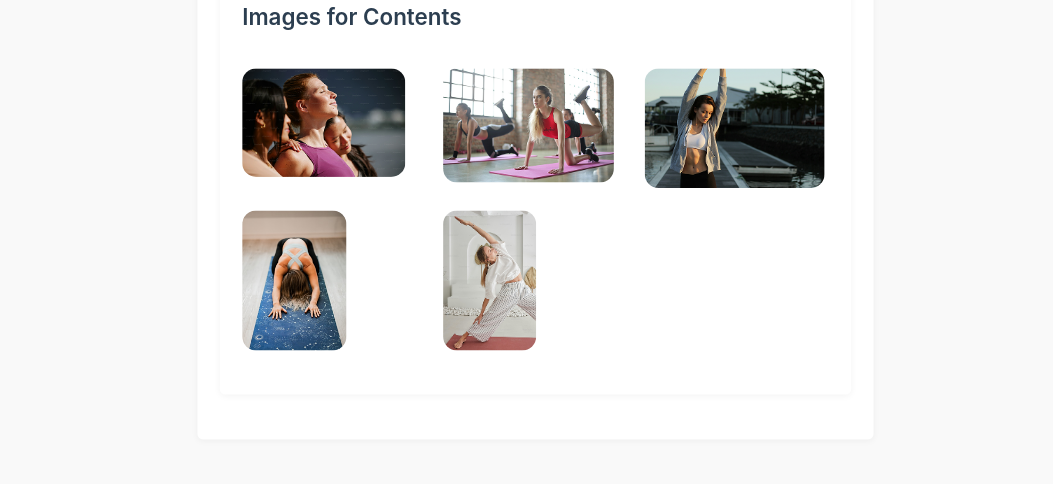
Repository: rosielee09/Heal_U
Page: graphics.html
These files come from the project's save history. The page is drawn as it stood at one moment and after the next save; the edit follows.
The browser window is 1280 px wide. The page is 1280 px wide, then 1504 px, so the pictures cover 1504 px, including what lies to the right of the window. The pictures show the part of the page from y = 3334 to 4974 px (the page is 4026 px tall before and 4974 px after), at 70% of full size.

Above is the page before, as saved 2025-04-03 22:21:48.

### graphics.html
<!DOCTYPE html>
<html lang="en">
<head>
    <meta charset="UTF-8">
    <meta name="viewport" content="width=device-width, initial-scale=1.0">
    <link rel="stylesheet" href="styles.css">
    <title>Heal_U Styleguide</title>
</head>
<body>
    <div class="container">
        <!-- Sidebar Navigation -->
        <div class="sidebar">
            <div class="sidebar-header">
                <h1>UI/UX Styleguide</h1>
                <p>Project design system</p>
            </div>
            <ul class="nav">
                <li ><a href="index.html">Home</a></li>
                <li><a href="colors.html">Colors</a></li>
                <li><a href="typography.html">Typography</a></li>
                <li><a href="logo.html">Logo</a></li>
                <li class="active"><a href="graphics.html">Graphics</a></li>
                <li><a href="references.html">References</a></li>
            </ul>
        </div>

        <!-- Main Content - Home Page -->

        <div class="content">
            <header class="page-header">
                <h2>Graphics</h2>
            </header>

            <div class="component">
                <div class="component-header">
                  <p class="component-description">This document provides guidelines for maintaining visual consistency across our product.</p>
                </div>
           <!-- SECTION 1: menu bar -->
           <div class="component">
            <div class="component-header">

                <section class="component-section">
                    <h3 class="component-title">Navigation Bar</h3>
                    <div class="graphic-grid">
                        <!-- home -->
                        <div class="graphic-item">
                            <img class="graphic-menu__icon" src="/img/graphic-menu/home.png" alt="home">
                            <div class="graphic-info">
                                <h4 class="graphic-title">Home</h4>
                                <div>The Home button navigates users to the home screen, providing quick access to the main interface.</div>
                            </div>
                        </div>
                        <!-- diagnose -->
                        <div class="graphic-item">
                            <img class="graphic-menu__icon" src="/img/graphic-menu/diagnose.png" alt="diagnose">
                            <div class="graphic-info">
                                <h4 class="graphic-title">Diagnose </h4>
                                <div>The diagnose button navigates users to the Diagnose page, allowing them to reassess their condition anytime, especially if their pain level changes significantly.</div>
                            </div>
                        </div>
                        <!-- Progress -->
                        <div class="graphic-item">
                            <img class="graphic-menu__icon" src="/img/graphic-menu/progress.png" alt="Progress">
                            <div class="graphic-info">
                                <h4 class="graphic-title">Progress </h4>
                                <div>
                                    The Progress button takes users to the Progress page, where they can track their journey from the beginning to their current pain condition.</div>
                            </div>
                        </div>

                        <!-- blog -->
                        <div class="graphic-item">
                            <img class="graphic-menu__icon" src="/img/graphic-menu/blog.png" alt="blog">
                            <div class="graphic-info">
                                <h4 class="graphic-title">Blog </h4>
                                <div>The Blog button takes users to the blog page, allowing them to interact with others and find motivation through shared experiences.</div>
                        </div>
                        </div>

                        <!-- Setting -->
                        <div class="graphic-item">
                            <img class="graphic-menu__icon" src="/img/graphic-menu/setting.png" alt="Setting">
                            <div class="graphic-info">
                                <h4 class="graphic-title">Setting </h4>
                                <div>The Settings button takes users to the settings page, where they can customize their preferences and personalize their experience.</div>

                    </div>
                </div>
            </div>

<!-- button section -->
                <section class="component-section">
                    <h3 class="component-title">Buttons </h3>

                    <div class="graphic-grid">
                          <!-- fill button -->
                        <div class="graphic-item">
                            <img class="graphic-button__icon" src="/img/Appovation - buttons/Button-fill-withIcon.png" alt="fill-icon">
                        </div>
                        <div class="graphic-item">
                            <img class="graphic-button__icon" src="/img/Appovation - buttons/Button-fill.jpg" alt="fill">
                        </div>
                        <div class="graphic-item">
                            <img class="graphic-button__icon" src="/img/Appovation - buttons/Button-outline.jpg" alt="outline">
                        </div>
                        <div class="graphic-item">
                            <img class="graphic-button__icon" src="/img/Appovation - buttons/chips-fill.png" alt="chips">
                        </div>
                        <div class="graphic-item">
                            <img class="graphic-button__icon" src="/img/Appovation - buttons/chips-highlighted.png" alt="chips-highlighted">
                        </div>
                        <div class="graphic-item">
                            <img class="graphic-button__icon" src="/img/Appovation - buttons/chips-outlined.png" alt="chips-outlined">
                        </div>
                    </div>
                </section>

            <section class="component-section">
                <h3 class="component-title">Icons </h3>
                <h4 class="graphic-title">User Setting</h4>
                <div class="graphic-item">
                    <img class="graphic-icons" src="/img/Appovation - icons/user setting icon.png" alt="pain_type_icon">
                </div>

                <h4 class="graphic-title">Type of Pain</h4>
                <div class="graphic-grid__icons">

                    <div class="graphic-item">
                        <img class="graphic-icons" src="/img/Appovation - icons/Icon-stabbing.png" alt="pain_type_icon">
                    </div>
                    <div class="graphic-item">
                        <img class="graphic-icons" src="/img/Appovation - icons/Icon-tingling.png" alt="pain_type_icon">
                    </div>
                    <div class="graphic-item">
                        <img class="graphic-icons" src="/img/Appovation - icons/Icon_Burning.png" alt="pain_type_icon">
                    </div>
                    <div class="graphic-item">
                        <img class="graphic-icons" src="/img/Appovation - icons/Icon_Cramps.png" alt="pain_type_icon">
                    </div>
                    <div class="graphic-item">
                        <img class="graphic-icons" src="/img/Appovation - icons/Icon_dull ache.png" alt="pain_type_icon">
                    </div>
                    <div class="graphic-item">
                        <img class="graphic-icons" src="/img/Appovation - icons/Icon_freezing.png" alt="pain_type_icon">
                    </div>
                    <div class="graphic-item">
                        <img class="graphic-icons" src="/img/Appovation - icons/Icon_Migrane.png" alt="pain_type_icon">
                    </div>
                    <div class="graphic-item">
                        <img class="graphic-icons" src="/img/Appovation - icons/Icon_neuralgia.png" alt="pain_type_icon">
                    </div>
                    <div class="graphic-item">
                        <img class="graphic-icons" src="/img/Appovation - icons/Icon_numbness.png" alt="pain_type_icon">
                    </div>
                    <div class="graphic-item">
                        <img class="graphic-icons" src="/img/Appovation - icons/Icon_thobbing.png" alt="pain_type_icon">
                    </div>

                </div>


                <h4 class="graphic-title">Pain Scale</h4>
                <div class="graphic-grid">

                    <div class="graphic-item">
                        <img class="graphic-icons" src="/img/Appovation - icons/Pain_difference-slider-green.png" alt="pain_scale_icon">
                    </div>
                    <div class="graphic-item">
                        <img class="graphic-icons" src="/img/Appovation - icons/Pain_difference-slider-mild.png" alt="pain_scale_icon">
                    </div>
                    <div class="graphic-item">
                        <img class="graphic-icons" src="/img/Appovation - icons/Pain_difference-slider-middle.png" alt="pain_scale_icon">
                    </div>
                    <div class="graphic-item">
                        <img class="graphic-icons" src="/img/Appovation - icons/Pain_difference-slider-less-severe.png" alt="pain_scale_icon">
                    </div>
                    <div class="graphic-item">
                        <img class="graphic-icons" src="/img/Appovation - icons/Pain_difference-slider-severe.png" alt="pain_scale_icon">
                    </div>
                </div>
                <div class="graphic-item-grid1">
                    <img class="graphic-icons" src="/img/Appovation - icons/progress pain scale.png" alt="pain_scale_icon">
                </div>

        </section>

        <section class="component-section">
            <h3 class="component-title">Illustrations</h3>

            <div class="graphic-grid-illustrations">
                  <!-- fill button -->
                <div class="graphic-item-illustrations">
                    <img class="graphic-illustrations" src="/img/Appovation - illustration set/5214865 1.png" >
                </div>
                <div class="graphic-item-illustrations">
                    <img class="graphic-illustrations" src="/img/Appovation - illustration set/AdobeStock_593962329 1.png">
                </div>
                <div class="graphic-item-illustrations">
                    <img class="graphic-illustrations" src="/img/Appovation - illustration set/exercise 2.png" >
                </div>
                <div class="graphic-item-illustrations">
                    <img class="graphic-illustrations" src="/img/Appovation - illustration set/Group 103.png" >
                </div>
                <div class="graphic-item-illustrations">
                    <img class="graphic-illustrations" src="/img/Appovation - illustration set/Group 84.png" >
                </div>
                <div class="graphic-item-illustrations">
                    <img class="graphic-illustrations" src="/img/Appovation - illustration set/Group 98.png" >
                </div>
            </div>
        </section>

        <section class="component-section">
            <h3 class="component-title">Images for Contents</h3>

            <div class="graphic-grid-images">
                <div class="graphic-item">
                    <img class="graphic-icons" src="/img/Appovation - images for contents/unsplash_GbomLmruCM8.png " alt="pain_type_icon">
                </div>
                <div class="graphic-item">
                    <img class="graphic-icons" src="/img/Appovation - images for contents/unsplash_gJtDg6WfMlQ.png" alt="pain_type_icon">
                </div>
                <div class="graphic-item">
                    <img class="graphic-icons" src="/img/Appovation - images for contents/unsplash_kFCdfLbu6zA.png" alt="pain_type_icon">
                </div>
                <div class="graphic-item">
                    <img height="200px" class="graphic-icons" src="/img/Appovation - images for contents/unsplash_PJ8C7JCqK0o-1.png" alt="pain_type_icon">
                </div>
                <div class="graphic-item">
                    <img height="200px" class="graphic-icons" src="/img/Appovation - images for contents/unsplash_PJ8C7JCqK0o.png" alt="pain_type_icon">
                </div>
        </section>


</body>
<script src="script.js"></script>
</html>

### styles.css
* {
    margin: 0;
    padding: 0;
    box-sizing: border-box;
}

body {
    font-family: 'Inter', -apple-system, BlinkMacSystemFont, 'Segoe UI', Roboto, Oxygen, Ubuntu, Cantarell, sans-serif;
    line-height: 1.6;
    color: #333;
    background-color: #f9f9f9;
}

/* Layout */
.container {
    display: flex;
    min-height: 100vh;
}

/* Sidebar Navigation */
.sidebar {
    width: 250px;
    background-color: #2c3e50;
    color: #fff;
    padding: 2rem 0;
    position: fixed;
    height: 100vh;
    overflow-y: auto;
}

.sidebar-header {
    padding: 0 1.5rem 2rem;
    border-bottom: 1px solid rgba(255, 255, 255, 0.1);
}

.sidebar-header h1 {
    font-size: 1.5rem;
    font-weight: 700;
    margin-bottom: 0.5rem;
}

.sidebar-header p {
    font-size: 0.875rem;
    opacity: 0.7;
}

.nav {
    list-style: none;
    padding: 1.5rem 0;
}

.nav li {
    padding: 0.5rem 1.5rem;
}

.nav li.active {
    background-color: rgba(255, 255, 255, 0.1);
    border-left: 4px solid #3498db;
}

.nav a {
    color: #fff;
    text-decoration: none;
    display: block;
    font-size: 0.95rem;
    transition: all 0.2s;
}

.nav a:hover {
    opacity: 0.8;
}

/* Main Content */
.content {
    flex: 1;
    padding: 2rem;
    margin-left: 250px;
    max-width: calc(100% - 250px);
}

.page-header {
    margin-bottom: 2rem;
    padding-bottom: 1rem;
    border-bottom: 1px solid #eee;
}

.page-header h2 {
    font-size: 2rem;
    font-weight: 700;
    color: #2c3e50;
    margin-bottom: 0.5rem;
}

.page-header p {
    color: #7f8c8d;
    font-size: 1.1rem;
}

/* Components Common Styles */
.component {
    background-color: #fff;
    border-radius: 8px;
    box-shadow: 0 2px 10px rgba(0, 0, 0, 0.05);
    padding: 2rem;
    margin-bottom: 2rem;
}

.component-section{
    margin-top: 3rem;
}

.component-header {
    margin-top: 1.5rem;
    margin-bottom: 1.5rem;
}

.component-title {
    font-size: 2rem;
    font-weight: 600;
    margin-top: 4rem;
    margin-bottom: 3rem;
    color: #2c3e50;
}

.component-description {
    color: #7f8c8d;
}


    /* Color Styles */
.color-grid {
    display: grid;
    grid-template-columns: repeat(auto-fill, minmax(300px, 1fr));
    gap: 1.5rem;
}

.color-grid__onlycolor {
    display: grid;
    grid-template-columns: repeat(auto-fill, minmax(300px, 2fr));
    gap: 1.5rem;
    align-items: center;
}

.color-grid__Accessiblilliy {
    display: grid;
    grid-template-columns: repeat(auto-fit, minmax(clamp(300px, 50%, 400px), 1fr));
    gap: 1.5rem;
}

.color-item {
    border-radius: 6px;
    overflow: hidden;
    box-shadow: 0 2px 5px rgba(0, 0, 0, 0.1);
}

.color-preview {
    height: 120px;
}

.color-info {
    padding: 1rem;
    background-color: #fff;
}

.color-name {
    font-weight: 600;
    margin-bottom: 0.25rem;
}

.color-value {
    font-family: monospace;
    color: #7f8c8d;
    font-size: 0.85rem;
}

.color__primary--preview{
    background-color: #29424D;
}

.color__secondary--preview{
    background-color: #CFC4F4;
}

.color__tertiary--preview {
    background-color: #F8F3EC;
}

.color__accent--preview{
    background-color: #CDF06B;
}

.color__success--preview{
    background-color: #138636;
}

.color__error--preview{
    background-color: #C32D2D;
}

.color__warning--preview{
    background-color: #FFBD11;
}

.color__info--preview{
    background-color: #4976BA;
}

.color__background--preview{
    background-color: #fff;
}

.color__text--preview{
    background-color: #2E2E30;
}

.color-accessiblillity-img {
    width: 100%;
    height: 70%;
}

.color-example-img{
    align-items: center;
}


/* Graphics */
.graphic-grid {
    display: grid;
    grid-template-columns: repeat(auto-fill, minmax(300px, 2fr));
    gap: 1.5rem;

}

/* section__icons */
.graphic-grid__icons{
    display: grid;
    grid-template-columns: repeat(5, 1fr);
    gap: 1.5rem;
}

.graphic-item{
   justify-items: center;

}


.graphic-menu__icon{
    margin: 10px;
}
.graphic-title{
    margin-top: 3rem;
    margin-bottom: 3rem;
}

.graphic-item-grid1{
    margin-top: 3rem;
}


/* section illustrations */
.graphic-grid-illustrations,
.graphic-grid-images{
    display: grid;
    grid-template-columns: repeat(3, 1fr);
    gap: 1.5rem;
}
.graphic-item-illustrations,
.graphic-illustrations{
    max-width: 200px;
    max-height: 200px;
}
.graphic-icons{
    border-radius: 20px;
}

/* Typography */

/* Import Roboto font with multiple weights */
@import url('https://fonts.googleapis.com/css2?family=Roboto:wght@400;500;700&display=swap');


/* Table styling */
table {
  width: 100%;
  border-collapse: collapse;
  font-family: 'Roboto', sans-serif;
  margin: 2rem 0;
}

th {
  background-color: #f8f9fa;
  color: #212529;
  padding: 12px 16px;
  text-align: left;
  font-weight: 500;
  border-bottom: 2px solid #dee2e6;

}

td {
  padding: 16px;
  border-bottom: 1px solid #e9ecef;
  vertical-align: top;
}

/* Remove default list styling */
td li {
  list-style: none;
  margin: 4px 0;
  padding-left: 0;
}



.content-image {
  margin: auto;
  display: block;
  padding: 1rem;
}

.center {
  text-align: center;
}



.typography-item {
    margin-bottom: 2rem;
}


.heading1 {
  font-family: 'Roboto', sans-serif;
  font-size: 40px;
  line-height: 48px;
  font-weight: 700;
  color: #212529;

}

.heading2 {
  font-family: 'Roboto', sans-serif;
  font-size: 32px;
  line-height: 40px;
  font-weight: 700;
  color: #212529;
}

.section-header {
  font-family: 'Roboto', sans-serif;
  font-size: 24px;
  line-height: 32px;
  font-weight: 700;
  color: #212529;
}

.sub-header {
  font-family: 'Roboto', sans-serif;
  font-size: 20px;
  line-height: 28px;
  font-weight: 700;
  color: #212529;
}

.body-bold {
  font-family: 'Roboto', sans-serif;
  font-size: 16px;
  line-height: 24px;
  font-weight: 700;
  color: #212529;
}


.body {
  font-family: 'Roboto', sans-serif;
  font-size: 16px;
  line-height: 24px;
  font-weight: 400;
  color: #212529;
}

.small {
  font-family: 'Roboto', sans-serif;
  font-size: 14px;
  line-height: 20px;
  font-weight: 400;
  color: #212529;
}

.small-italic {
  font-family: 'Roboto', sans-serif;
  font-style: italic;
  font-size: 14px;
  line-height: 20px;
  font-weight: 400;
  color: #212529;
}

.tiny-bold {
  font-family: 'Roboto', sans-serif;
  font-size: 12px;
  line-height: 18px;
  font-weight: 700;
  color: #212529;
}

.tiny {
  font-family: 'Roboto', sans-serif;
  font-size: 12px;
  line-height: 18px;
  font-weight: 400;
  color: #212529;
}

.mini {
  font-family: 'Roboto', sans-serif;
  font-size: 8px;
  line-height: 12px;
  font-weight: 400;
  color: #212529;
  letter-spacing: 0.5px;
}

/* Add zebra striping for better readability */
tbody tr:nth-child(odd) {
  background-color: #f8f9fa;
}

Loaded but not shown: script.js (no stored copy; drawn as an empty file)

After the next save:
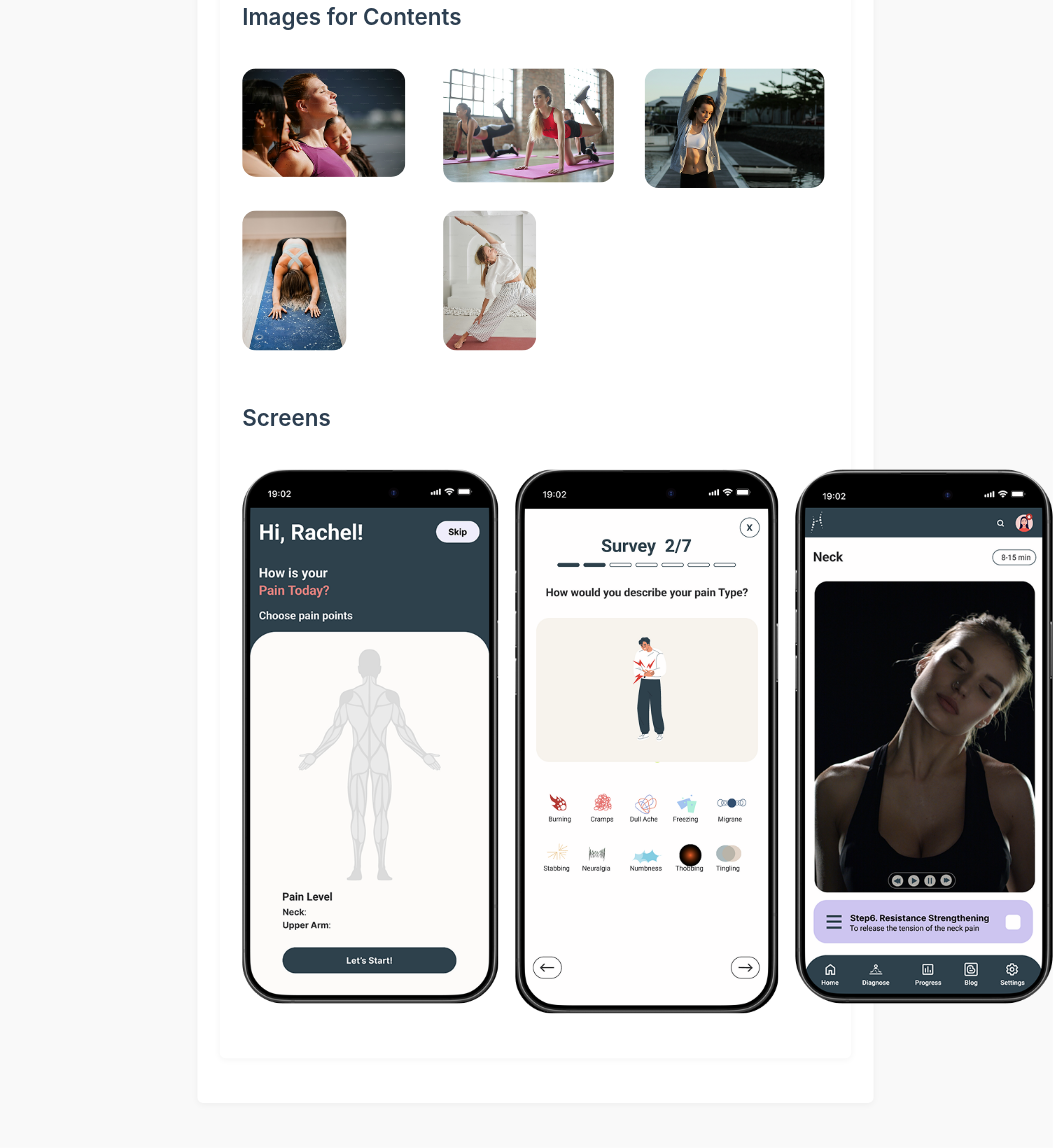
Saved 82 s later.
--- a/graphics.html
+++ b/graphics.html
@@ -231,6 +231,22 @@
                 </div>
         </section>
 
+        <section class="component-section">
+            <h3 class="component-title">Screens</h3>
+
+            <div class="graphic-grid-images">
+                <div class="graphic-item">
+                    <img class="graphic-icons" src="/img/Appovation - screens/screen-dailypopup.png " alt="pain_type_icon">
+                </div>
+                <div class="graphic-item">
+                    <img class="graphic-icons" src="/img/Appovation - screens/screen-survey.png" alt="pain_type_icon">
+                </div>
+                <div class="graphic-item">
+                    <img class="graphic-icons" src="/img/Appovation - screens/screen-watchingtutorial.png" alt="pain_type_icon">
+                </div>
+
+        </section>
+
 
 </body>
 <script src="script.js"></script>
